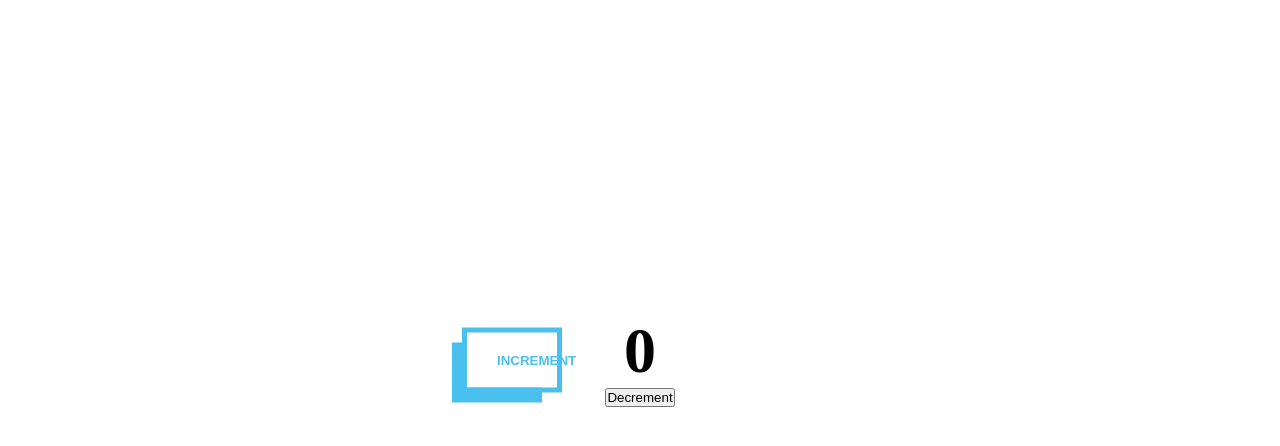
Repository: Ellisvelandia/react_introduction_test
Page: /
An editor plug-in stored every save of this project. The page is shown before and after the next save, followed by the edit.
The browser window is 1280 px wide. The pictures show the whole page.
The project was rebuilt for these pictures with package versions that can differ from the ones it lists, and the page was loaded fresh each time. Also part of the build but not shown: src/index.css.

Above is the page before, as saved 2022-08-15 20:03:10.

### src/App.js
import "./App.scss";
import React, { useState } from "react";

const App = () => {
  const [num, changeNum] = useState(0);

  const incrementNum = () => {
    changeNum(num + 2);
  };

  const decrementNum = () => {
    if (num - 1 < 0) {
      alert(`you can't decrease than 0`);
    } else {
      changeNum(num - 2);
    }
  };

  return (
    <>
      <div className="container">
        <h1>{num}</h1>
        <button className="button_I" onClick={incrementNum}>Increment</button>
        <button className="button_D" onClick={decrementNum}>Decrement</button>
      </div>
    </>
  );
};

export default App;

### src/App.scss
* {
  margin: 0;
  padding: 0;
  box-sizing: border-box;
}

body {
  width: 100%;
  height: 100vh;
  display: flex;
  justify-content: center;
  align-items: center;
  flex-direction: column;
}

.container {
  align-self: center;
}

h1 {
  text-align: center;
  font-size: 4rem;
}

// button {
//   font-size: 1rem;
//   margin: 5px;
//   font-family: "Lato", sans-serif;
//   font-weight: 300;
//   letter-spacing: 1px;
//   font-weight: bold;
// }

#button_D {
  left: 60%;
}

.button_I {
  position: absolute;
  left: 40%;
  top: 50%;
  transform: translateX(-50%) translateY(-50%);

  background: #fff;
  width: 100px;
  padding: 20px 30px;

  border: 5px solid #4ac0ee;
  color: #4ac0ee;
  font-weight: bold;
  text-transform: uppercase;
  text-align: center;

  z-index: 2;
  transition: all 0.15s 0.15s ease-out;

  &:after,
  &:before {
    position: absolute;
    width: 100%;
    max-width: 100%;
    top: 100%;
    left: 0;
    bottom: -10px;
    content: "";
    z-index: 1;
    transition: all 0.15s 0.15s ease-out;
  }

  &:before {
    background: #4ac0ee;
    top: 10px;
    left: -15px;
    height: 100%;
    width: 15px;
  }

  &:after {
    width: 100%;
    background: #4ac0ee;
    right: 0px;
    left: -15px;
    height: 15px;
  }

  &:hover {
    background: #4ac0ee;
    color: #fff;
    margin-left: -7.5px;
    margin-bottom: -7.5px;

    &:after,
    &:before {
      top: 100%;
      left: 0;
      bottom: 0px;
    }

    &:before {
      top: 0px;
      left: 0px;
      width: 0px;
    }

    &:after {
      right: 0px;
      left: 0px;
      height: 0px;
    }
  }
}

Loaded but not shown: public/index.html (common file); src/index.js (common file); src/reportWebVitals.js (common file)

After the next save:
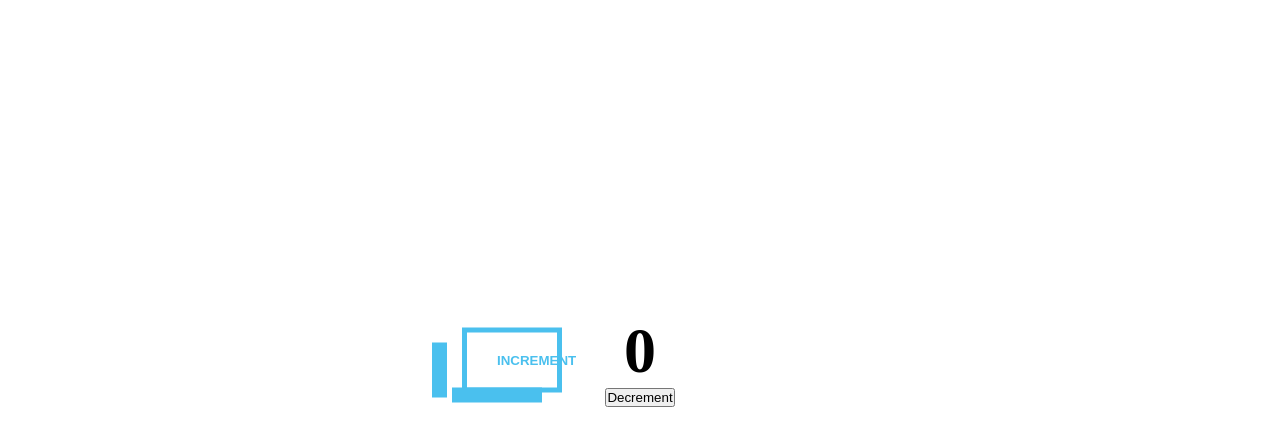
Saved 29 s later.
--- a/src/App.scss
+++ b/src/App.scss
@@ -70,7 +70,7 @@ h1 {
   &:before {
     background: #4ac0ee;
     top: 10px;
-    left: -15px;
+    left: -35px;
     height: 100%;
     width: 15px;
   }

After the save that followed:
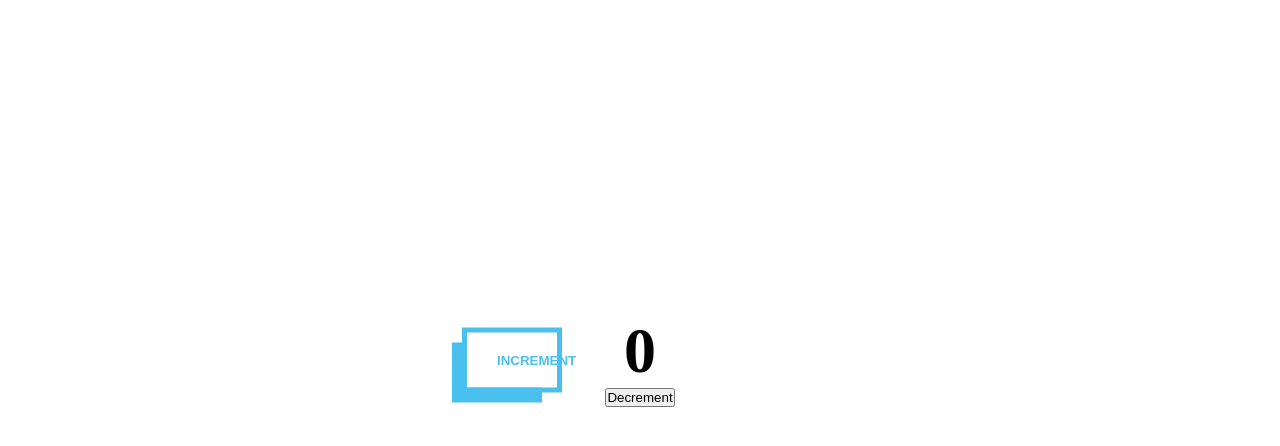
Saved 6 s later.
--- a/src/App.scss
+++ b/src/App.scss
@@ -70,7 +70,7 @@ h1 {
   &:before {
     background: #4ac0ee;
     top: 10px;
-    left: -35px;
+    left: -15px;
     height: 100%;
     width: 15px;
   }
